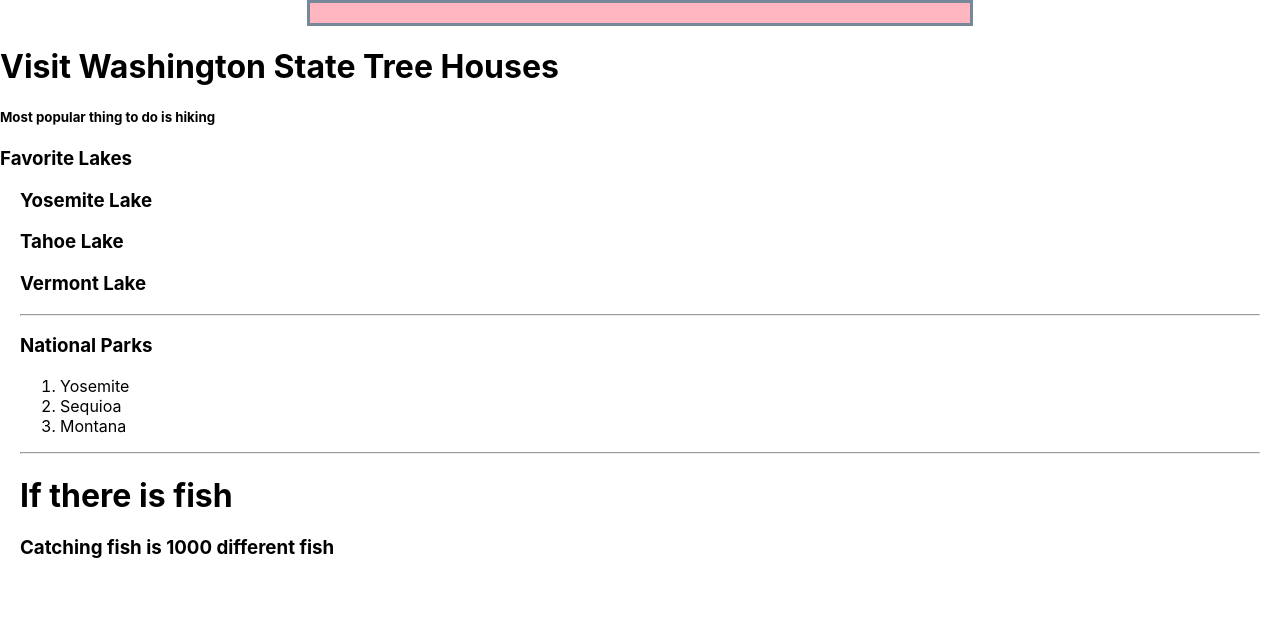
Repository: CaptainStorm21/intro-react-hooks
Page: /
An editor plug-in stored every save of this project. The page is shown before and after the next save, followed by the edit.
The browser window is 1280 px wide. The pictures show the whole page.
The project was rebuilt for these pictures with package versions that can differ from the ones it lists, and the page was loaded fresh each time. Also part of the build but not shown: src/App.css.

Above is the page before, as saved 2020-05-27 00:17:49.

After the next save:
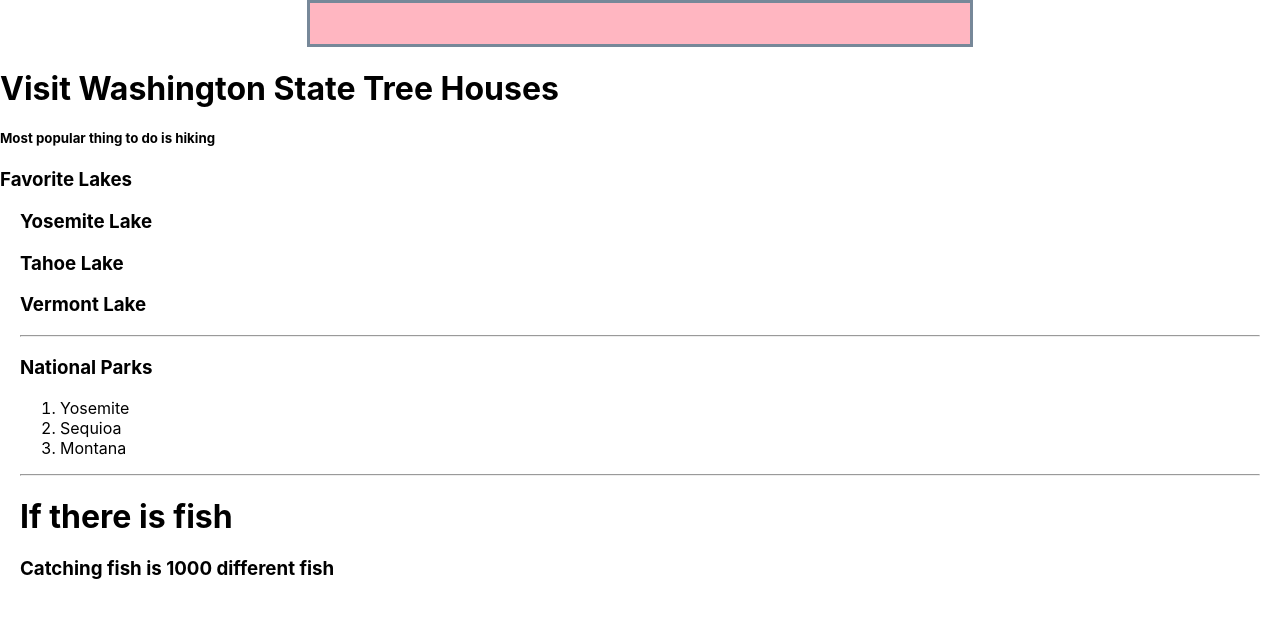
Saved 42 s later.
--- a/src/Fragment.js
+++ b/src/Fragment.js
@@ -19,7 +19,7 @@ function Fragment() {
   return (
     <>
       <div className="div-style">
-
+            <h1></h1>
       </div>
     </>
   );
